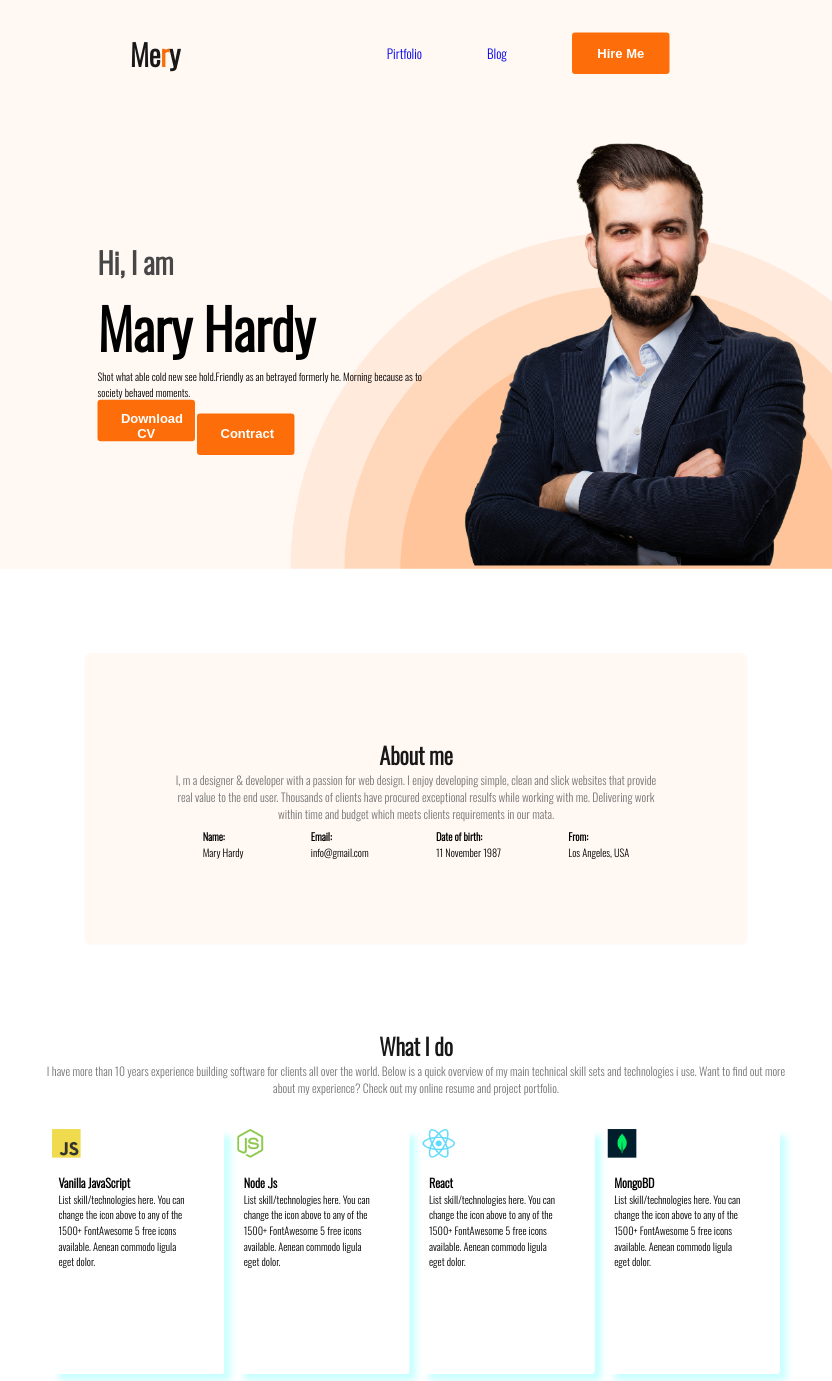
Repository: sumonkumarsarkar/my-website-personal
Page: index.html
These files come from the project's save history. The page is drawn as it stood at one moment and after the next save; the edit follows.
The browser window is 1280 px wide. The pictures show the whole page, at 65% of full size.

Above is the page before, as saved 2024-01-06 15:24:02.

After the next save:
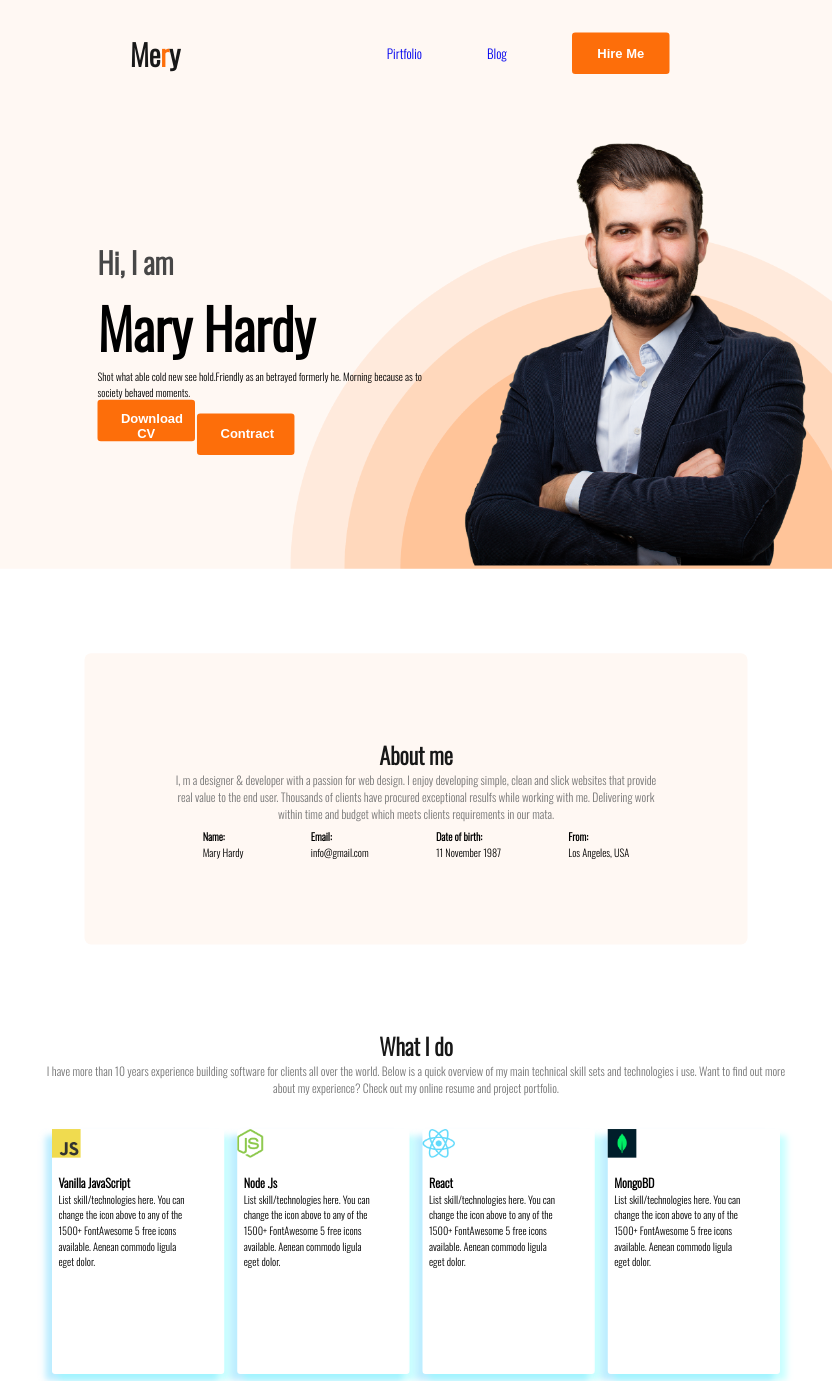
Saved 49 s later.
--- a/style.css
+++ b/style.css
@@ -130,7 +130,8 @@ main{
     background: #FFFFFF;
     border-radius: 5px;
     margin: 10px;
-    box-shadow:10px 10px 10px rgba(122, 333, 455, .4);
+    box-shadow:10px 10px 10px rgba(122, 333, 455, .4),
+          -10px 10px 10px rgba(122, 220, 300, .5)
 }
 .kill img{
     height:40px;
